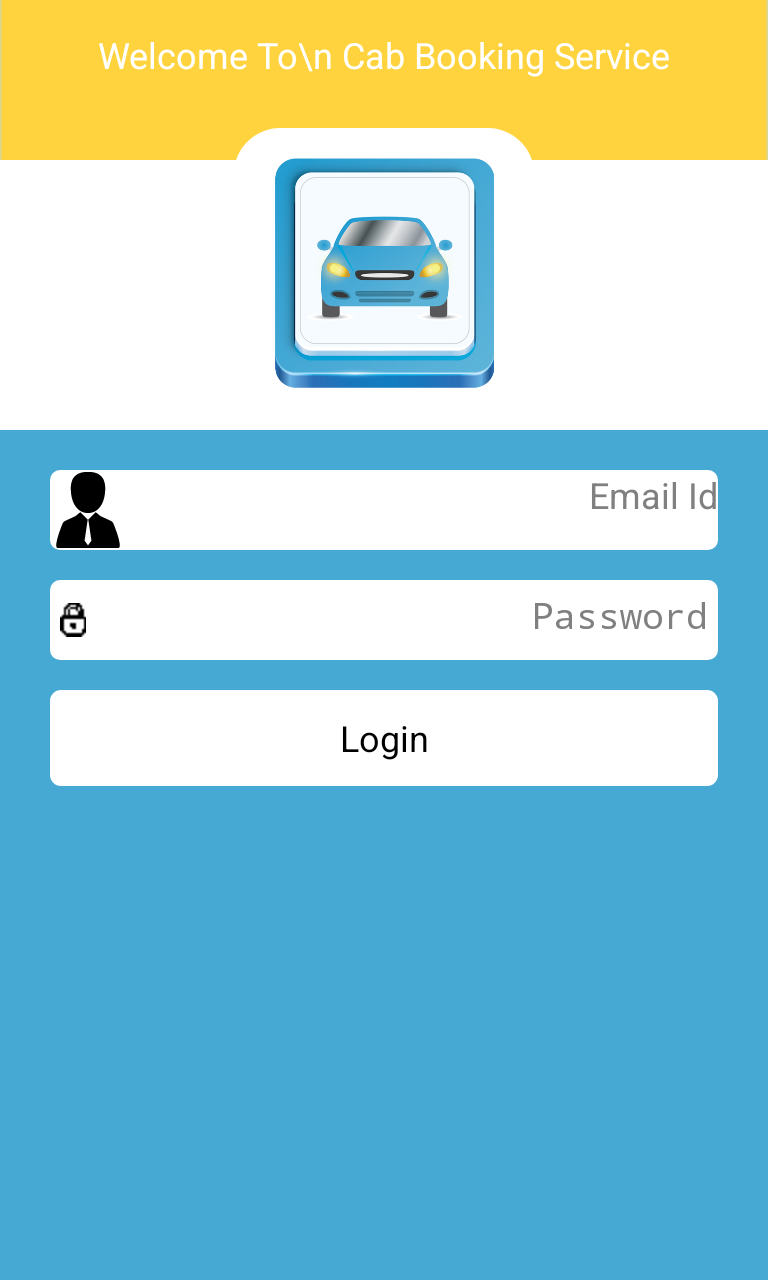
Repository: DeveloperManiax/cabbooking
Layout: CabBooking/res/layout/activity_login.xml
An editor plug-in stored every save of this project. The layout is shown before and after the next save, followed by the edit.
It is drawn on a 768 x 1280 px phone screen (xhdpi) without system bars, with theme AppTheme; the app's code is not run.

Above is the layout before, as saved 2015-09-07 16:55:22.

After the next save:
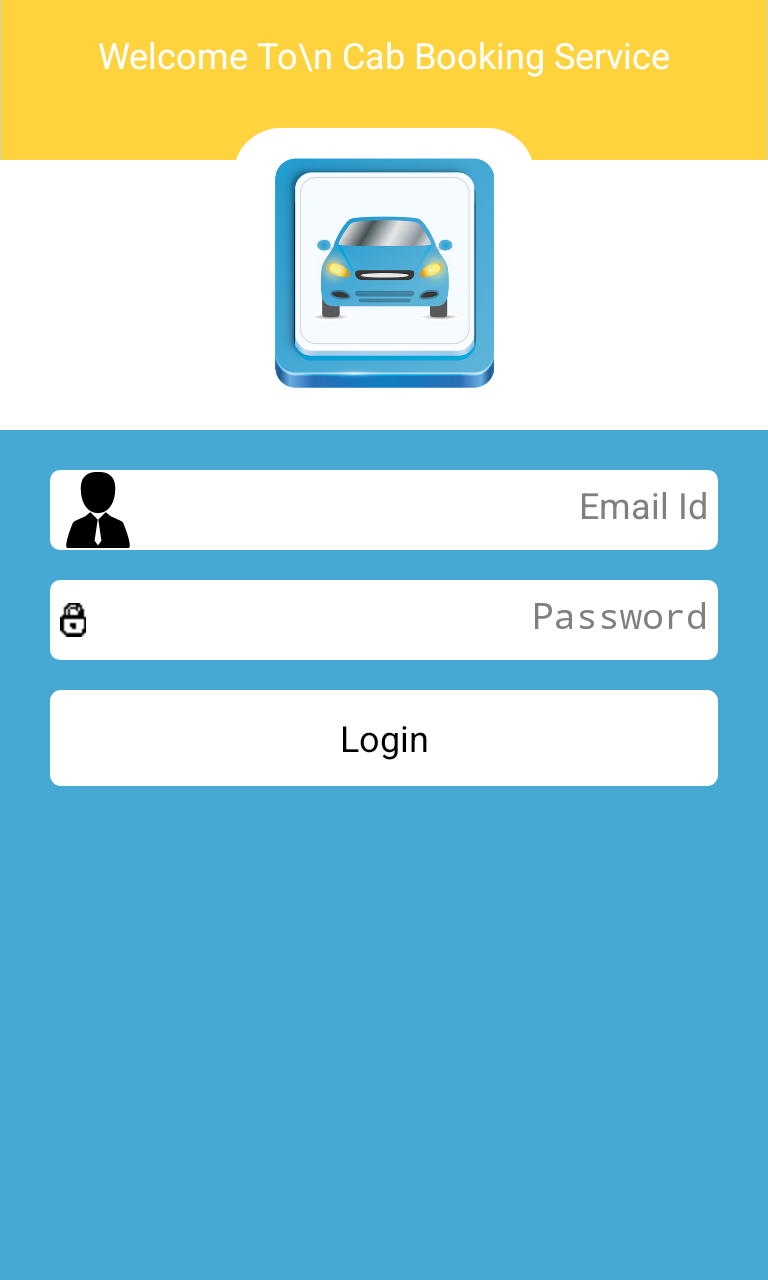
Saved 16 s later.
--- a/CabBooking/res/layout/activity_login.xml
+++ b/CabBooking/res/layout/activity_login.xml
@@ -69,6 +69,7 @@
             android:background="@drawable/customtextbox"
             android:drawableLeft="@drawable/user"
             android:ems="10"
+            android:padding="5dp"
             android:hint="@string/edtUserName" />
 
         <EditText
